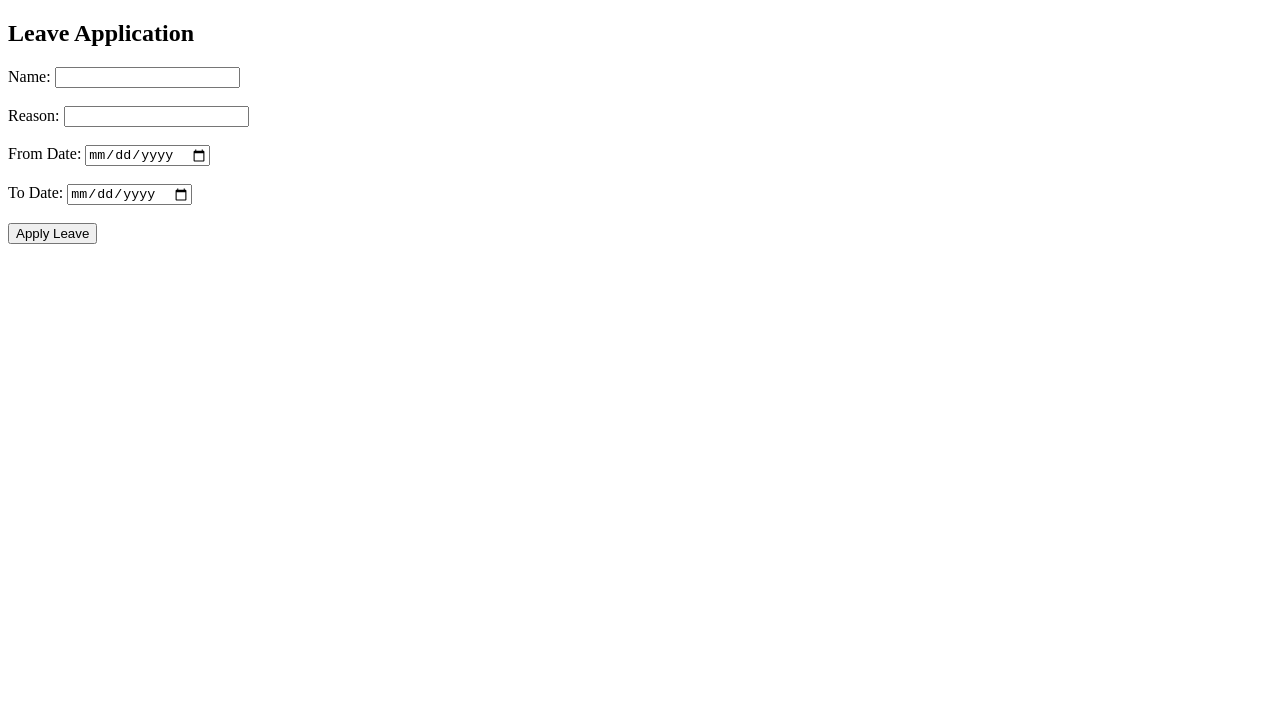
Repository: Pooja-1504/Siddesh_Assignments
Page: http://localhost/LeaveForm/leaveForm.jsp
An editor plug-in stored every save of this project. The page is shown before and after the next save, followed by the edit.
The browser window is 1280 px wide. The pictures show the whole page.
The page is served by Tomcat 9.

Above is the page before, as saved 2026-02-19 13:10:26.

After the next save:
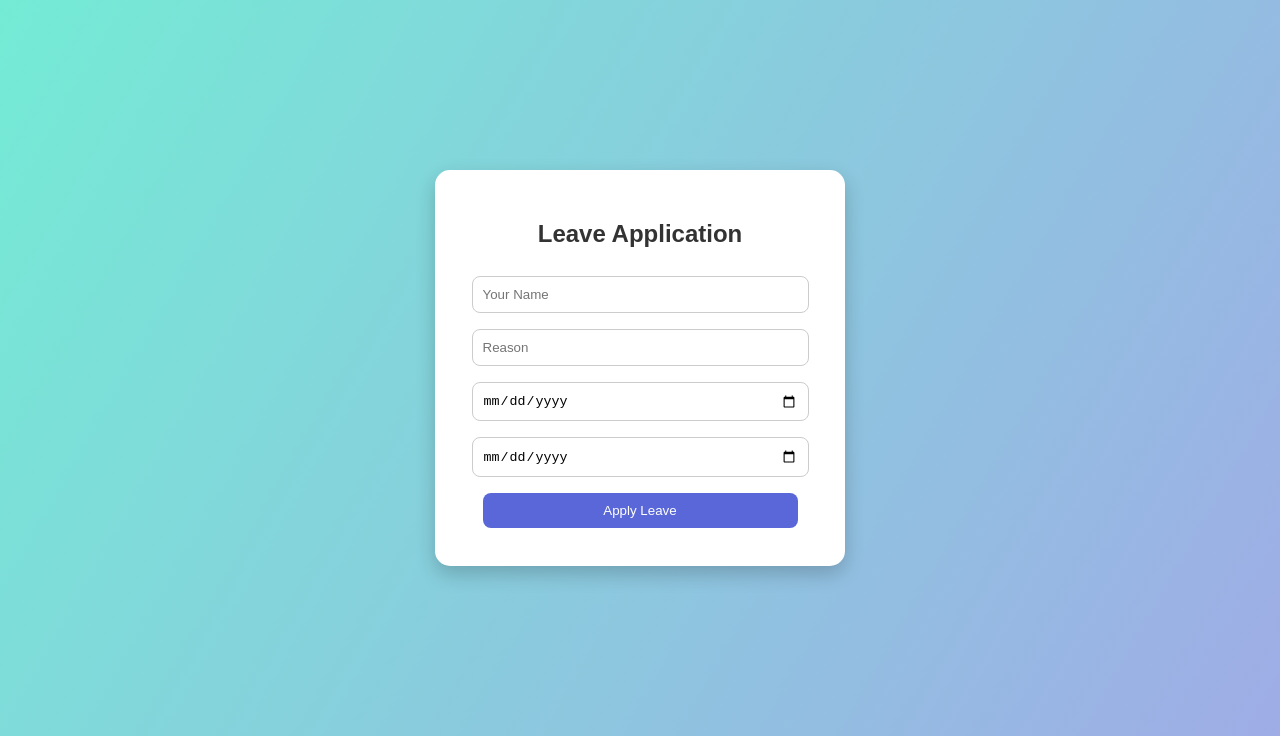
Saved 7 s later.
--- a/Assignment - 7/LeaveForm/WebContent/leaveForm.jsp
+++ b/Assignment - 7/LeaveForm/WebContent/leaveForm.jsp
@@ -1,13 +1,22 @@
 <!DOCTYPE html>
 <html>
+<head>
+<title>Leave Form</title>
+<link rel="stylesheet" href="style.css">
+</head>
 <body>
+
+<div class="container">
 <h2>Leave Application</h2>
+
 <form action="LeaveServlet" method="post">
-Name: <input type="text" name="name"><br><br>
-Reason: <input type="text" name="reason"><br><br>
-From Date: <input type="date" name="from"><br><br>
-To Date: <input type="date" name="to"><br><br>
-<input type="submit" value="Apply Leave">
+<input type="text" name="name" placeholder="Your Name" required>
+<input type="text" name="reason" placeholder="Reason" required>
+<input type="date" name="from" required>
+<input type="date" name="to" required>
+<button type="submit">Apply Leave</button>
 </form>
+
+</div>
 </body>
 </html>
